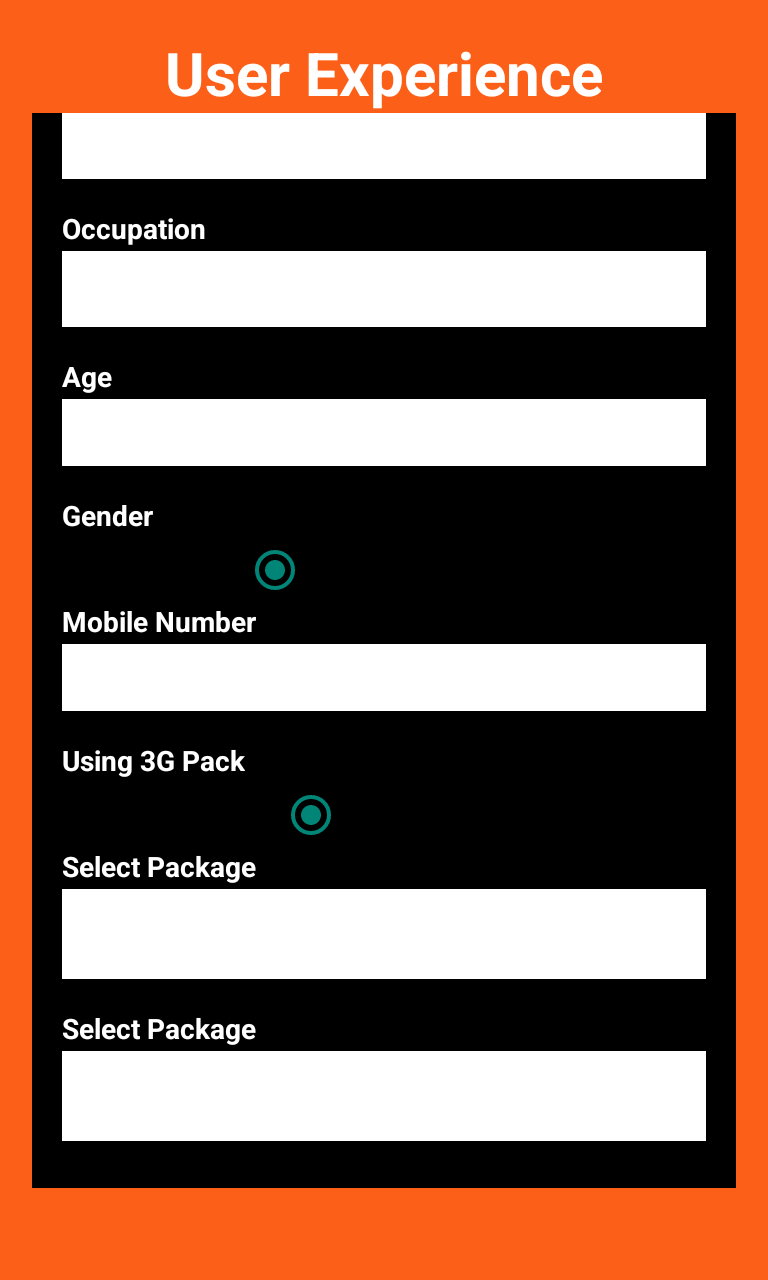
Repository: MushfiqurRahman/BLink3gApp
Layout: 3gExperience/res/layout/fragment_survey.xml
The author's editor kept a copy of each file at every save. The layout is drawn from the files as they stood at one save, then again after the next save.
It is drawn on a 768 x 1280 px phone screen (xhdpi) without system bars, with theme AppTheme; the app's code is not run.

Above is the layout before, as saved 2014-05-20 19:06:25.

After the next save:
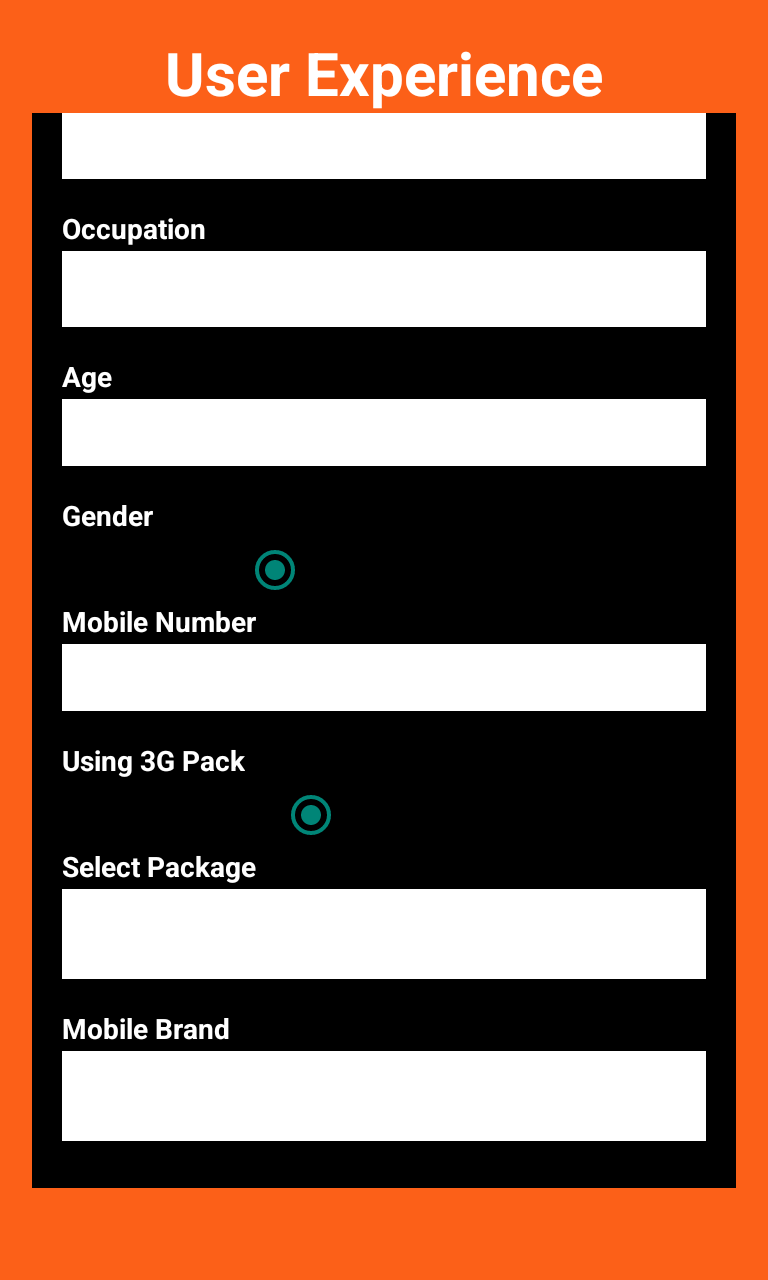
Saved 35 s later.
--- a/3gExperience/res/layout/fragment_survey.xml
+++ b/3gExperience/res/layout/fragment_survey.xml
@@ -249,11 +249,11 @@
             android:layout_gravity="left" >
 
             <TextView
-                android:id="@+id/tvPackageType"
-                android:layout_width="wrap_content"
-                android:layout_height="wrap_content"
-                android:layout_marginBottom="2dp"
-                android:text="@string/sbcr_package_type"
+                android:id="@+id/tvMobileBrand"
+                android:layout_width="wrap_content"
+                android:layout_height="wrap_content"
+                android:layout_marginBottom="2dp"
+                android:text="@string/sbcr_mobile_brand"
                 android:textColor="#FFFFFF"
                 android:textStyle="bold" />
         </LinearLayout>
